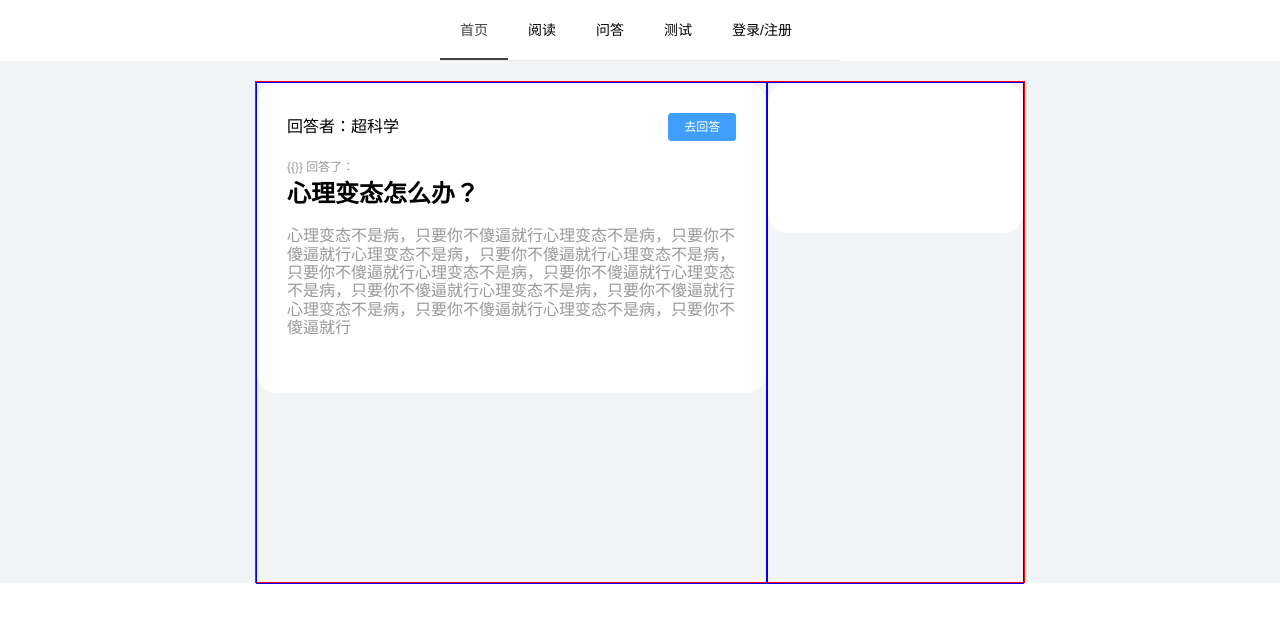
Repository: shengligo/xyx_vue_v1
Page: /qs
An editor plug-in stored every save of this project. The page is shown before and after the next save, followed by the edit.
The browser window is 1280 px wide. The pictures show the whole page.
The project was rebuilt for these pictures with package versions that can differ from the ones it lists, and the page was loaded fresh each time. Also part of the build but not shown: vue.config.js, src/views/home/childComps/Art.vue, src/views/author/authors.vue.

Above is the page before, as saved 2021-09-04 16:17:02.

### public/index.html
<!DOCTYPE html>
<html lang="">
  <head>
    <meta charset="utf-8">
    <meta http-equiv="X-UA-Compatible" content="IE=edge">
    <meta name="viewport" content="width=device-width,initial-scale=1.0">
    <link rel="icon" href="<%= BASE_URL %>favicon.ico">
    <title>project0000001</title>
  </head>
  <body>
    <noscript>
      <strong>We're sorry but <%= htmlWebpackPlugin.options.title %> doesn't work properly without JavaScript enabled. Please enable it to continue.</strong>
    </noscript>
    <div id="app"></div>
    <!-- built files will be auto injected -->
  </body>
</html>

### src/main.js
import Vue from 'vue'
import App from './App.vue'
import router from './router'
import store from './store'
import 'element-ui/lib/theme-chalk/index.css';
import axios from "axios";
axios.defaults.baseURL = "/api"; // http://10.1.2.85:8091/essay
axios.defaults.headers.common["Content-Type"] ="application/json;charset=UTF-8";
axios.defaults.withCredentials = true // 表示跨域请求时是否需要使用凭证
Vue.prototype.$ajax = axios;
import ElementUI from 'element-ui'

Vue.config.productionTip = false
Vue.use(ElementUI)

new Vue({
  router,
  store,
  render: h => h(App)
}).$mount('#app')

### src/App.vue
<template>
  <div id="app">
    <nav-bar ></nav-bar>
    <!-- <carousel></carousel> -->
    <!-- <art></art> -->


    <router-view></router-view>

  </div>
</template>
<script>

import NavBar from './components/common/NavBar'
import Art from '@/views/home/childComps/Art'
// import Carousel from '@/components/common/Carousel'


export default {
  name: "app",
  components:{
    NavBar,
    Art,




  }
};
</script>



<style>
@import url('assets/css/normalize.css');
#app{
  font-family: "Helvetica Neue",Helvetica,"PingFang SC","Hiragino Sans GB","Microsoft YaHei","微软雅黑",Arial,sans-serif;
}



</style>

### src/router/index.js

import Vue from 'vue'
import VueRouter from 'vue-router'
import Auther from '../views/author/authors.vue'

const Home = () => import('../views/home/Home')

const Question = () => import('../views/questions/Question')
const Read = () => import('../views/read/Read')
const Test = () => import('../views/testing/Test')
const Login = () => import('../components/common/login/Login')
const originalPush = VueRouter.prototype.push

VueRouter.prototype.push = function push(location) {
  return originalPush.call(this, location).catch(err => err)
}
// fksdljfkjdsjflsdjlfja
Vue.use(VueRouter)

const routes = [
  {
    path: '/',
    name: 'Home',
    component: Home
  },
  {
    path: '/auther',
    component: Auther
  },
  // {
  //   path: '/home',
  //   name: 'Home',
  //   component: Home
  // },

  {
    path:'/qs',
    name:'Qs',
    component:Question
  },
  {
    path:'/read',
    name:'Read',
    component:Read
  },
  {
    path:'/test',
    name:'Test',
    component:Test
  },
  {
    path:'/login',
    name:'Login',
    component:Login
  }
]

const router = new VueRouter({
  mode: 'history',
  base: process.env.BASE_URL,
  routes
})

export default router

### src/store/index.js
import Vue from 'vue'
import Vuex from 'vuex'

Vue.use(Vuex)

export default new Vuex.Store({
  state: {
    activeIndex:'1',
    baceUrl: 'http://10.1.2.85:8091/'
  },
  mutations: {
    ChangeActive (state,index) {
      // console.log(state,index)
      state.activeIndex = index
    }
  },
  actions: {
  },
  modules: {
  }
})

### src/components/common/NavBar.vue
<template>
  <div>
     <div class="nav">

       <el-menu
          :default-active="$store.state.activeIndex"
          class="el-menu-demo"
          mode="horizontal"
          text-color="#000000"
          active-text-color="#444444"
        >
          <el-menu-item index="1" @click="itemclick">首页</el-menu-item>
          <el-menu-item index="2" @click="itemclick2">阅读</el-menu-item>
          <el-menu-item index="3" @click="itemclick3">问答</el-menu-item>
          <el-menu-item index="4" @click="itemclick4">测试</el-menu-item>
          <el-menu-item index="5" @click="itemclick5">登录/注册</el-menu-item>
        </el-menu>

     </div>

  </div>
</template>

<script>


export default {

  name: "navbar",
  data() {
    return {
    }
  },
  methods:{
    itemclick(){
      console.log('itemclick');
      this.$router.push("/")
    },
    itemclick2(){
      this.$router.push("/read")
    },
    itemclick3(){
      this.$router.push("./qs")
    },
    itemclick4(){
      this.$router.push('./test')
    },
    itemclick5(){
      this.$router.push('/login')
    }

  },

};
</script>

<style scoped>
.nav{

  margin: 0 auto;
  /* background-color: rgba(217, 221, 221, 0.918);
   */
   /* background-color: #5880A9; */
  padding: 0;


}
.nav>.el-menu{
  width: 400px;
  margin: 0 auto;
  /* background-color: rgba(217, 221, 221, 0.918); */
}

</style>

### src/views/questions/Question.vue
<template>
  <div id="question">
    <div class="bodyCenter">
      <div class="bodyright">
        <div v-for="(item,index) in results" :key="index" class="rightbox">

          <div>
            <div class="answerer">
              <span>回答者：{{item.answerer}}</span>
              <el-button type="primary" size="mini">去回答</el-button>
            </div>
            <div class="time">{{}} 回答了：</div>
            <h2 class="title">{{item.title}}</h2>
            <div class="answerContent">{{item.answerContent}}</div>
          </div>
        </div>
      </div>
      <div class="bodyleft">
        <div class="leftbox"></div>
      </div>
    </div>
  </div>
</template>

<script>
export default {
  name: "question",
  data() {
    return {
      results: [
        {
          title: "心理变态怎么办？",
          quizzer: "花开富贵",
          quizContent: "心理超级变态是不是没救了",
          quizType: null,
          status: null,
          label: null,
          answerer: "超科学",
          answerContent:
            "心理变态不是病，只要你不傻逼就行心理变态不是病，只要你不傻逼就行心理变态不是病，只要你不傻逼就行心理变态不是病，只要你不傻逼就行心理变态不是病，只要你不傻逼就行心理变态不是病，只要你不傻逼就行心理变态不是病，只要你不傻逼就行心理变态不是病，只要你不傻逼就行心理变态不是病，只要你不傻逼就行",
          likePoint: 0
        }
      ]
    };
  }
};
</script>

<style scoped>
#question {
  width: 100%;
  height: 100%;
  padding-top: 20px;
  background-color: rgb(243, 244, 245);
}
.bodyCenter {
  width: 60%;
  height: 500px;
  margin: 0 auto;
  display: flex;
  border: 1px solid red;
}
.bodyright {
  border: 1px solid blue;
  /* width: 40%; */
  flex: 2;
  height: 500px;
}
.bodyleft {
  border: 1px solid blue;
  /* width: 20%; */
  flex: 1;
  height: 500px;
}
.rightbox {
  height: 250px;
  width: calc(100% - 60px);
  padding: 30px;
  border-radius: 20px;
  background-color: #fff;
}
.answerer {
  display: flex;
  justify-content: space-between;
  line-height: 28px;
}
.time {
  margin-top: 20px;
  font-size: 12px;
  color: #999;
}
.title {
  margin-top: 5px;
}
.answerContent {
  color: #999;
}
.leftbox {
  height: 150px;
  border-radius: 20px;
  background-color: #fff;
}
</style>

Loaded but not shown: src/assets/css/normalize.css (library)

After the next save:
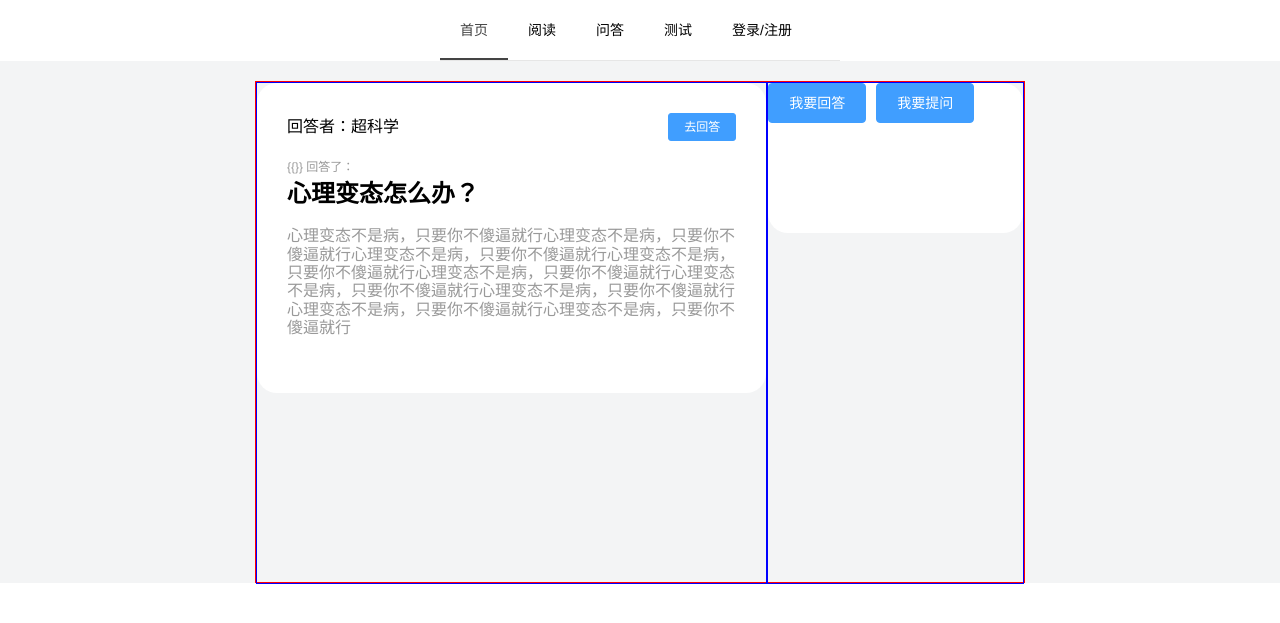
Saved 63 s later.
--- a/src/views/questions/Question.vue
+++ b/src/views/questions/Question.vue
@@ -16,7 +16,11 @@
         </div>
       </div>
       <div class="bodyleft">
-        <div class="leftbox"></div>
+        <div class="leftbox">
+          <el-button type="primary" >我要回答</el-button>
+          <el-button type="primary" >我要提问</el-button>
+
+        </div>
       </div>
     </div>
   </div>
